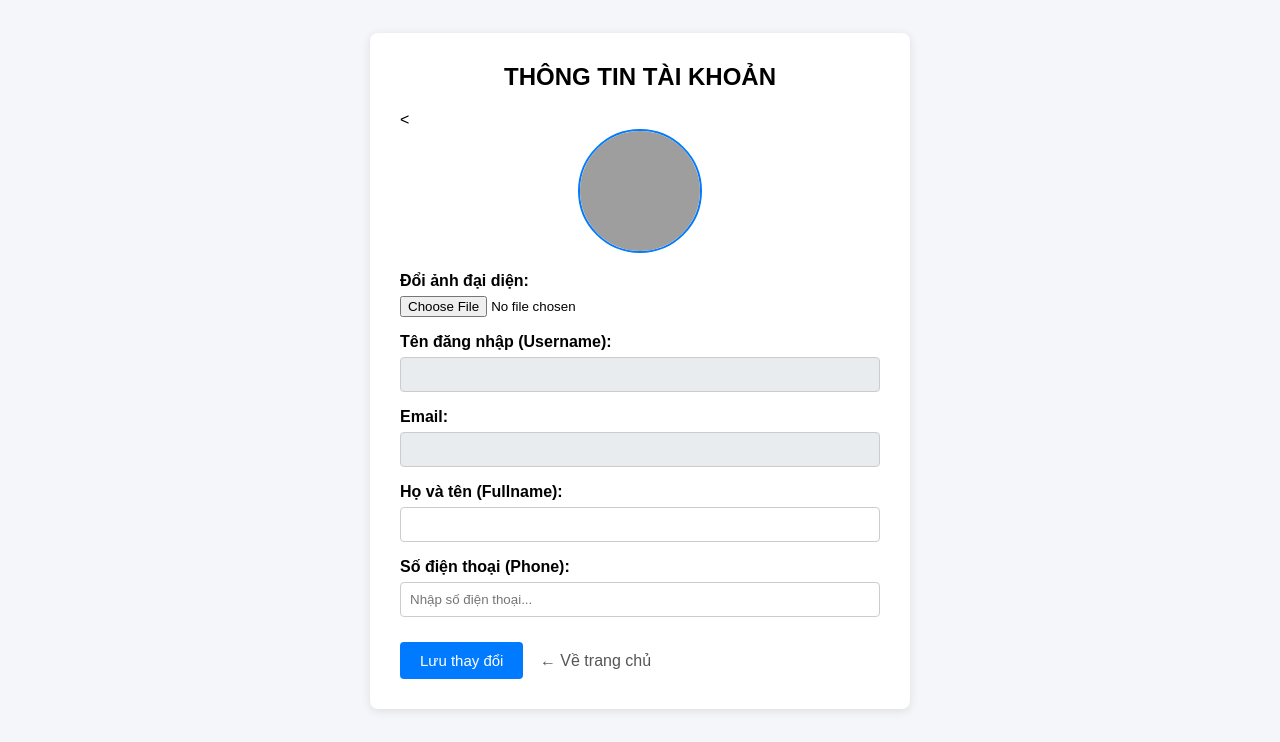
Repository: tanguyenhuy/LapTrinhWeb_BT4
Page: http://localhost/bt1/views/profile.jsp
An editor plug-in stored every save of this project. The page is shown before and after the next save, followed by the edit.
The browser window is 1280 px wide. The pictures show the whole page.
Pictures or frames that could not be fetched are drawn as grey boxes. The page is served by Tomcat 10. Nobody is signed in. The application's start-up code is not run.

Above is the page before, as saved 2026-09-03 07:33:23.

After the next save:
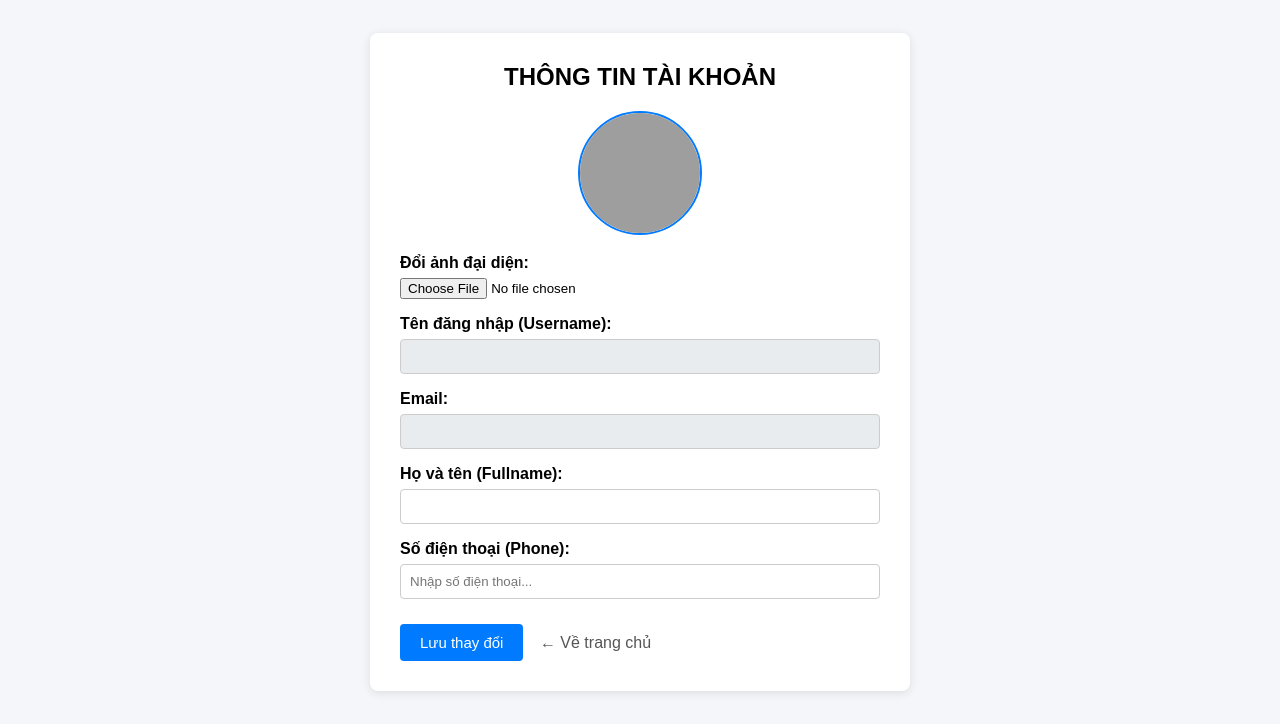
Saved 71 s later.
--- a/bt1/src/main/webapp/views/profile.jsp
+++ b/bt1/src/main/webapp/views/profile.jsp
@@ -29,7 +29,7 @@
         <div class="msg success">${message}</div>
     </c:if>
 
-    <<form action="${pageContext.request.contextPath}/home/profile" method="post" enctype="multipart/form-data">
+    <form action="${pageContext.request.contextPath}/home/profile" method="post" enctype="multipart/form-data">
         <div class="avatar-preview">
             <c:choose>
                 <c:when test="${user.images != null && user.images.startsWith('http')}">
